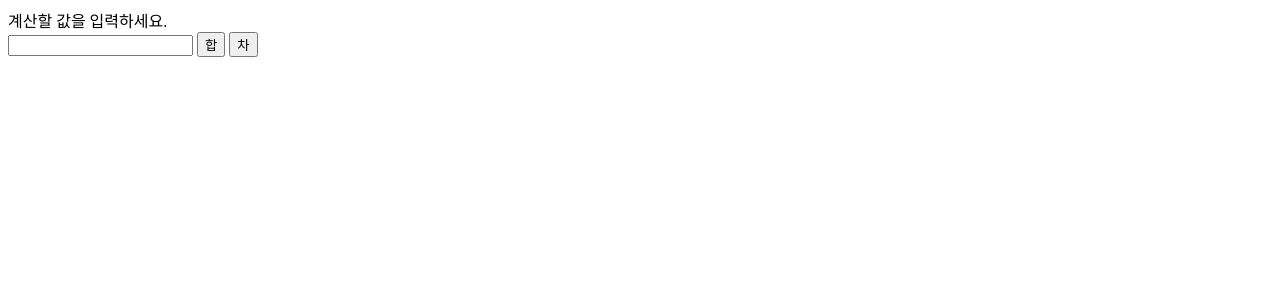
Repository: kwondam/servlet
Page: workspace/JSPPrj/WebContent/calc2.html
The author's editor kept a copy of each file at every save. The page is drawn from the files as they stood at one save, then again after the next save.
The browser window is 1280 px wide. The pictures show the whole page.

Above is the page before, as saved 2020-03-25 13:31:50.

### workspace/JSPPrj/WebContent/calc2.html
<!DOCTYPE html>
<html>
<head>
<meta charset="UTF-8">
<title>Insert title here</title>
</head>
<body>
	<form action="calc2" method="post">
	<div> 계산할 값을 입력하세요.</div>
	<div>
		<input type="text" name="v"/>
		<input type="submit" name="operator" value="합"/>
		<input type="submit" name="operator" value="차"/>
	</div>
	</form>
</body>
</html>

After the next save:
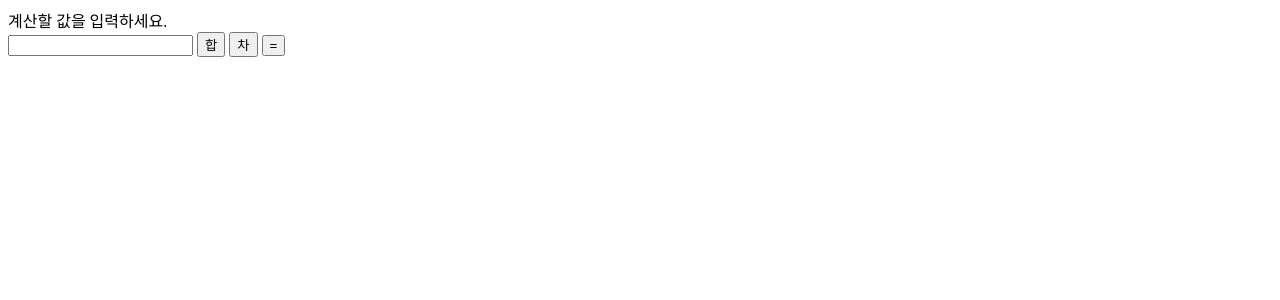
Saved 18 s later.
--- a/workspace/JSPPrj/WebContent/calc2.html
+++ b/workspace/JSPPrj/WebContent/calc2.html
@@ -11,6 +11,7 @@
 		<input type="text" name="v"/>
 		<input type="submit" name="operator" value="합"/>
 		<input type="submit" name="operator" value="차"/>
+		<input type="submit" name="operator" value="="/>
 	</div>
 	</form>
 </body>
